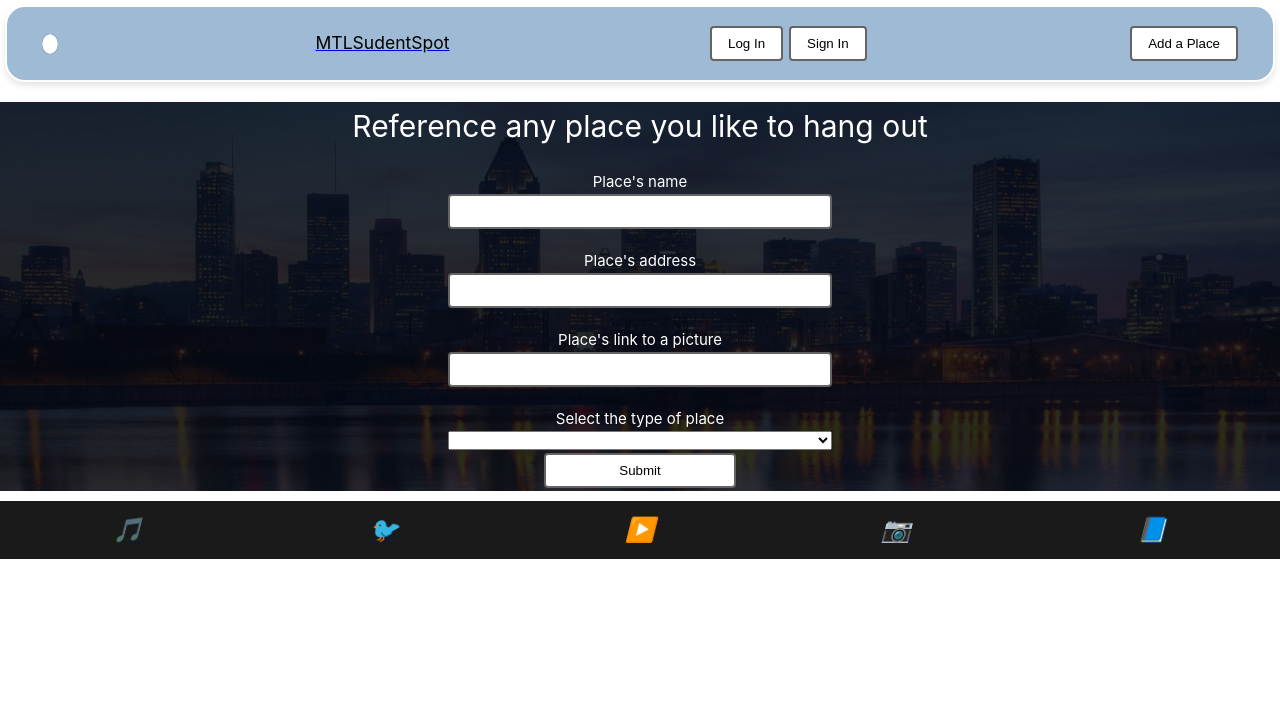
Repository: KevMn6ix/MOD8-2232-GRA-Damois-Leroi--Morant-Munto
Page: /places/add (app in client/)
An editor plug-in stored every save of this project. The page is shown before and after the next save, followed by the edit.
The browser window is 1280 px wide. The pictures show the whole page.
The project was rebuilt for these pictures with package versions that can differ from the ones it lists, and the page was loaded fresh each time. Also part of the build but not shown: client/vite.config.js, client/src/components/HelloWorld.vue, client/src/services/Api.js, client/src/services/AuthentificationService.js, client/src/components/Login.vue, client/src/views/LoginPage.vue, client/src/components/RowLandingPage.vue, client/src/components/PlaceItem.vue and 2 more.

Above is the page before, as saved 2023-10-18 15:51:30.

After the next save:
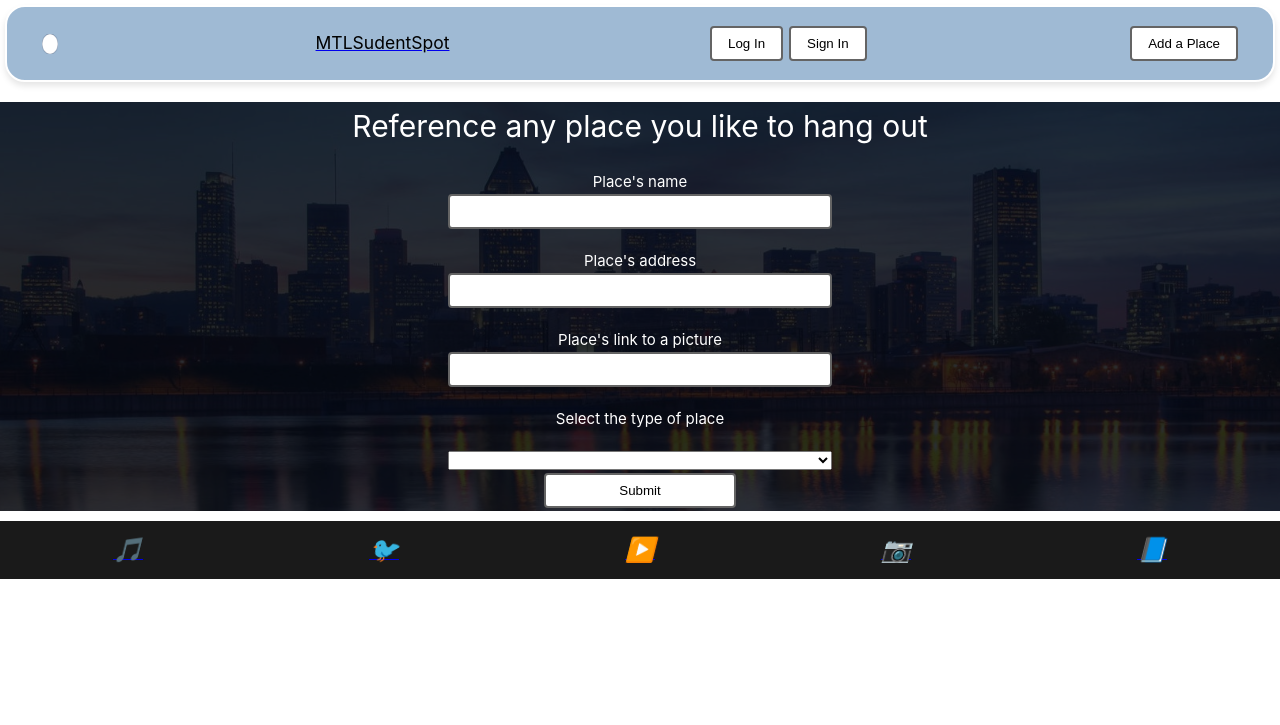
Saved 44 s later.
--- a/client/src/components/TheAddPlaceForm.vue
+++ b/client/src/components/TheAddPlaceForm.vue
@@ -37,7 +37,7 @@
 
     </AddPlaceInput>
 
-    <label for="place-type">
+    <label for="place-type" id="place-type">
         Select the type of place
     </label>
     <div id="form-nested-body">
@@ -99,6 +99,12 @@
     margin-top: 20px;
 
 }
+
+#place-type{
+
+    margin-bottom: 20px;
+
+}
 button {
     min-width: 50px;
     width: 15%;

After the save that followed:
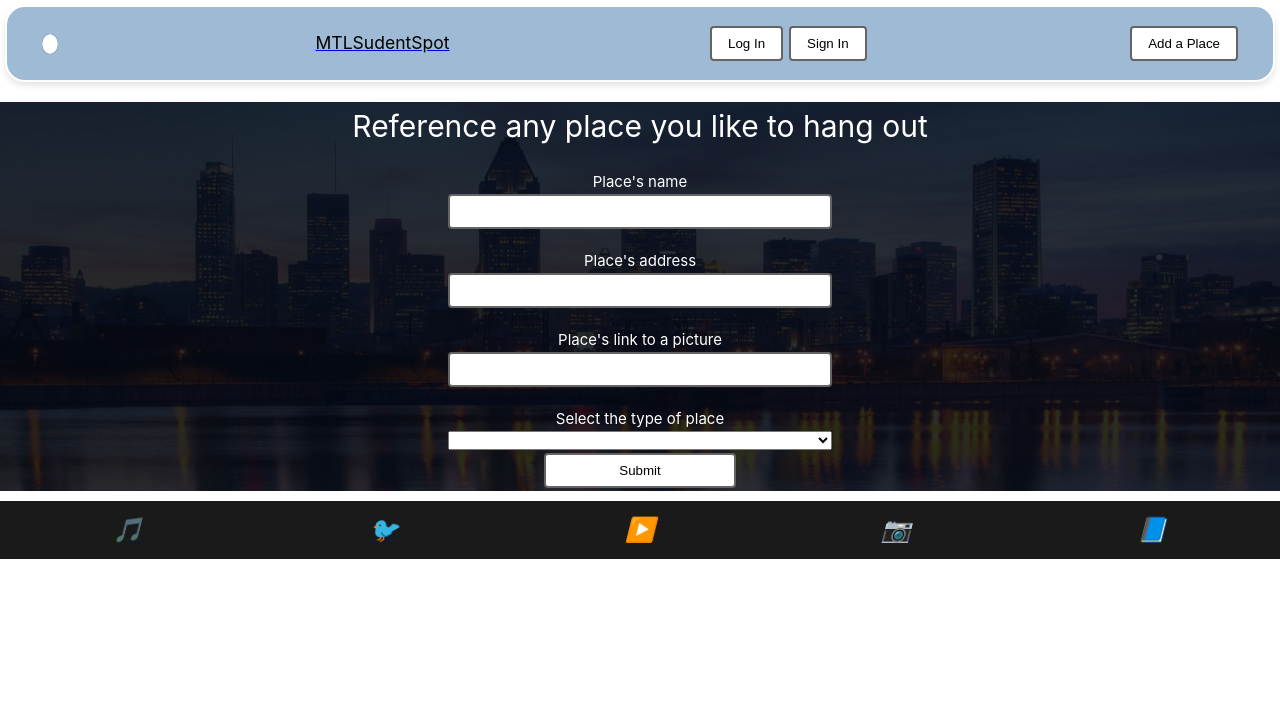
Saved 21 s later.
--- a/client/src/components/TheAddPlaceForm.vue
+++ b/client/src/components/TheAddPlaceForm.vue
@@ -37,11 +37,11 @@
 
     </AddPlaceInput>
 
-    <label for="place-type" id="place-type">
+    <label for="place-type" >
         Select the type of place
     </label>
     <div id="form-nested-body">
-    <select name="place-type" v-model="UserInput.Type">
+    <select name="place-type" v-model="UserInput.Type" id="place-type">
         <option value="restaurant">Restaurant</option>
         <option value="activity">Activity</option>
         <option value="travel">Travel</option>
@@ -100,11 +100,6 @@
 
 }
 
-#place-type{
-
-    margin-bottom: 20px;
-
-}
 button {
     min-width: 50px;
     width: 15%;
